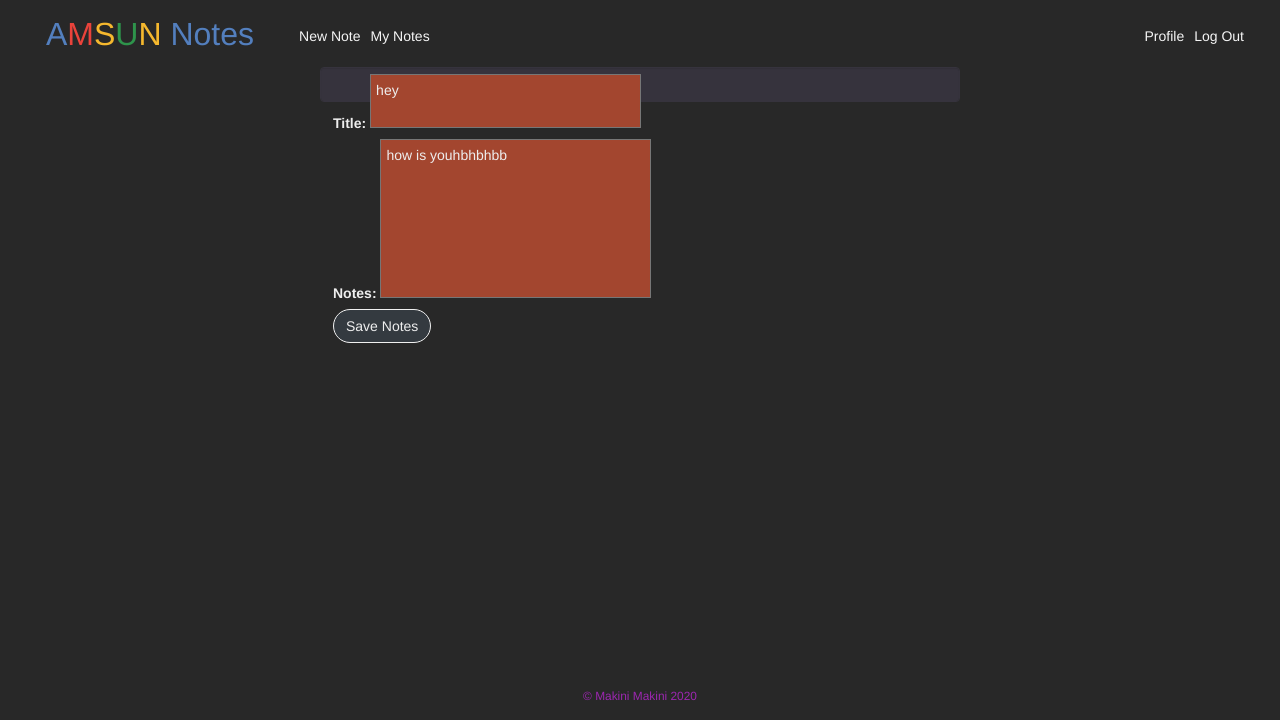
Repository: MakiniMakini/AMSUN-NOTES
Page: http://localhost/22/edit
An editor plug-in stored every save of this project. The page is shown before and after the next save, followed by the edit.
The browser window is 1280 px wide. The pictures show the whole page.
Some web fonts or font styles are not loaded; a fallback is used. The page is served by the project's application, run on Flask 3 (application.py). The session is filled in as if someone had signed in: {"user_id": 1}. The page reads the database file committed with the project.

Above is the page before, as saved 2020-12-25 13:53:39.

After the next save:
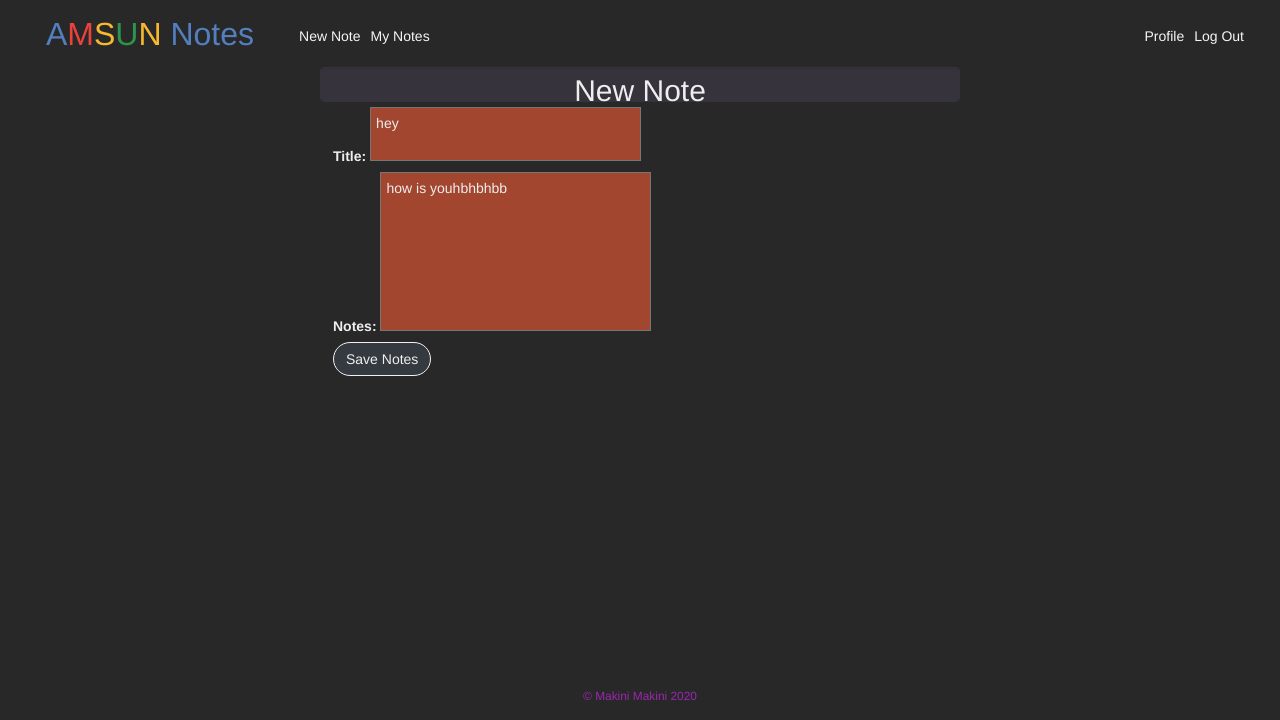
Saved 33 s later.
--- a/templates/edit.html
+++ b/templates/edit.html
@@ -9,6 +9,11 @@
 
 
     <div class="notes_form form-control">
+
+      <h2 style="margin: auto; text-align: center;">
+        New Note
+      </h2>
+
       {% for item in notes %}
       <form action="/{{item[0]}}/edit" method="POST">
         <label for="title">Title:</label>
